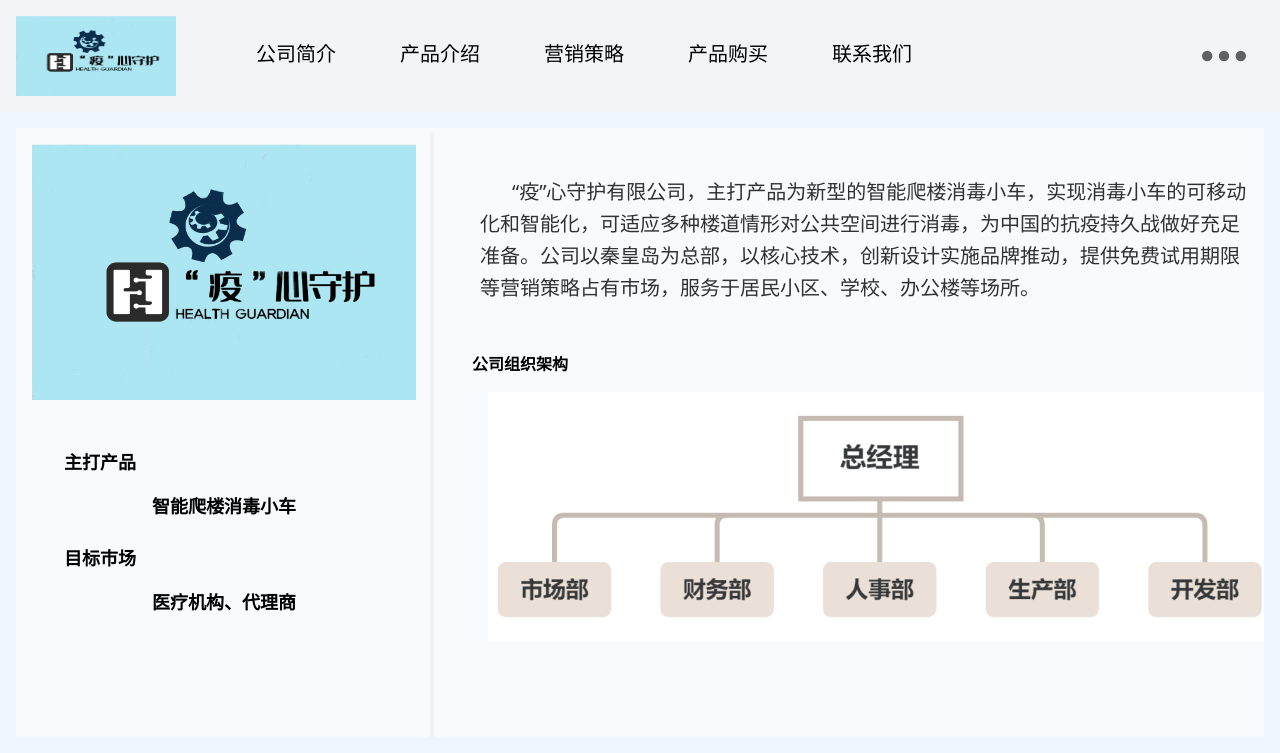
Repository: LiuRuohui/company_introduction
Page: /#/introduction
These files come from the project's save history. The page is drawn as it stood at one moment and after the next save; the edit follows.
The browser window is 1280 px wide. The pictures show the whole page.
The project was rebuilt for these pictures with package versions that can differ from the ones it lists, and the page was loaded fresh each time. Also part of the build but not shown: vite.config.js, src/components/product.vue, src/components/purchase.vue, src/components/strategy.vue, src/components/contact.vue.

Above is the page before, as saved 2022-05-12 23:17:35.

After the next save:
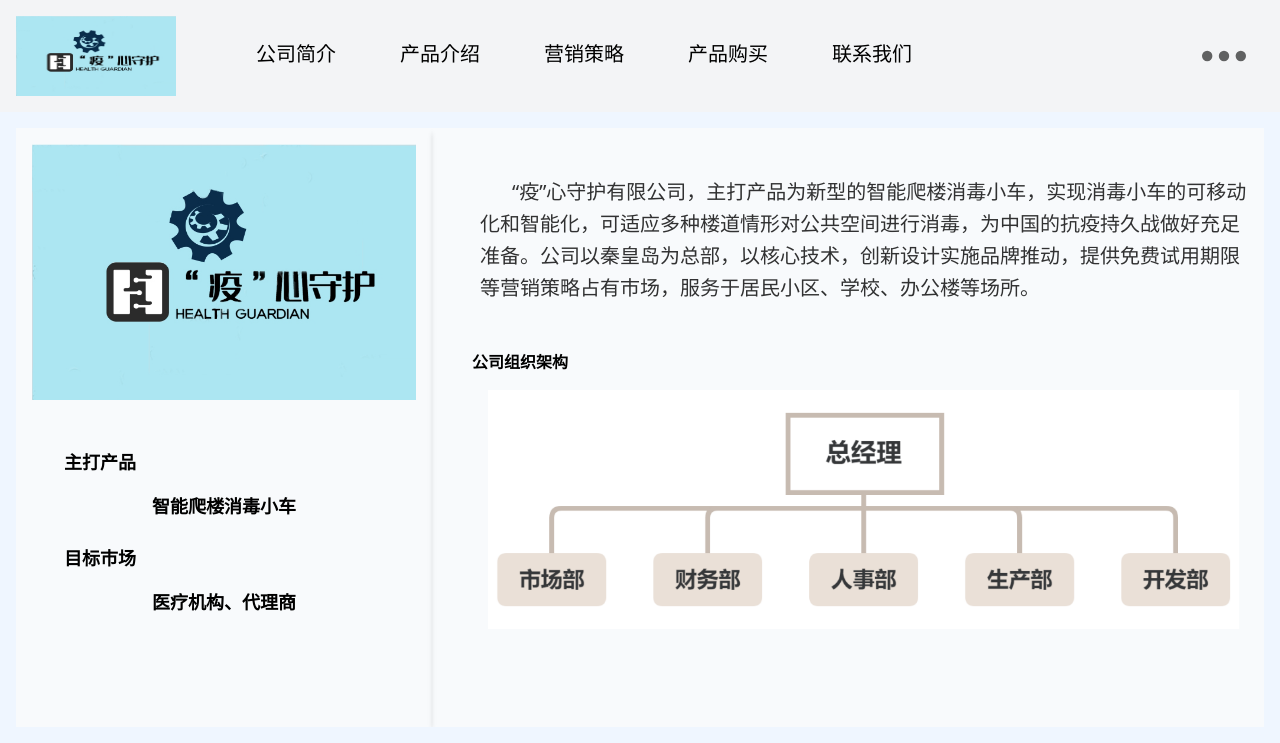
Saved 6 s later.
--- a/src/components/introduction.vue
+++ b/src/components/introduction.vue
@@ -28,7 +28,7 @@
             <div class="m-4 w-full flex flex-grow flex-row">
                 <div class="m-6 font-bold">
                     公司组织架构
-                    <img src="/src/assets/structure.png" alt="公司组织架构图" class="m-4">
+                    <img src="/src/assets/structure.png" alt="公司组织架构图" class="p-4">
                 </div>
                 <div></div>
             </div>
